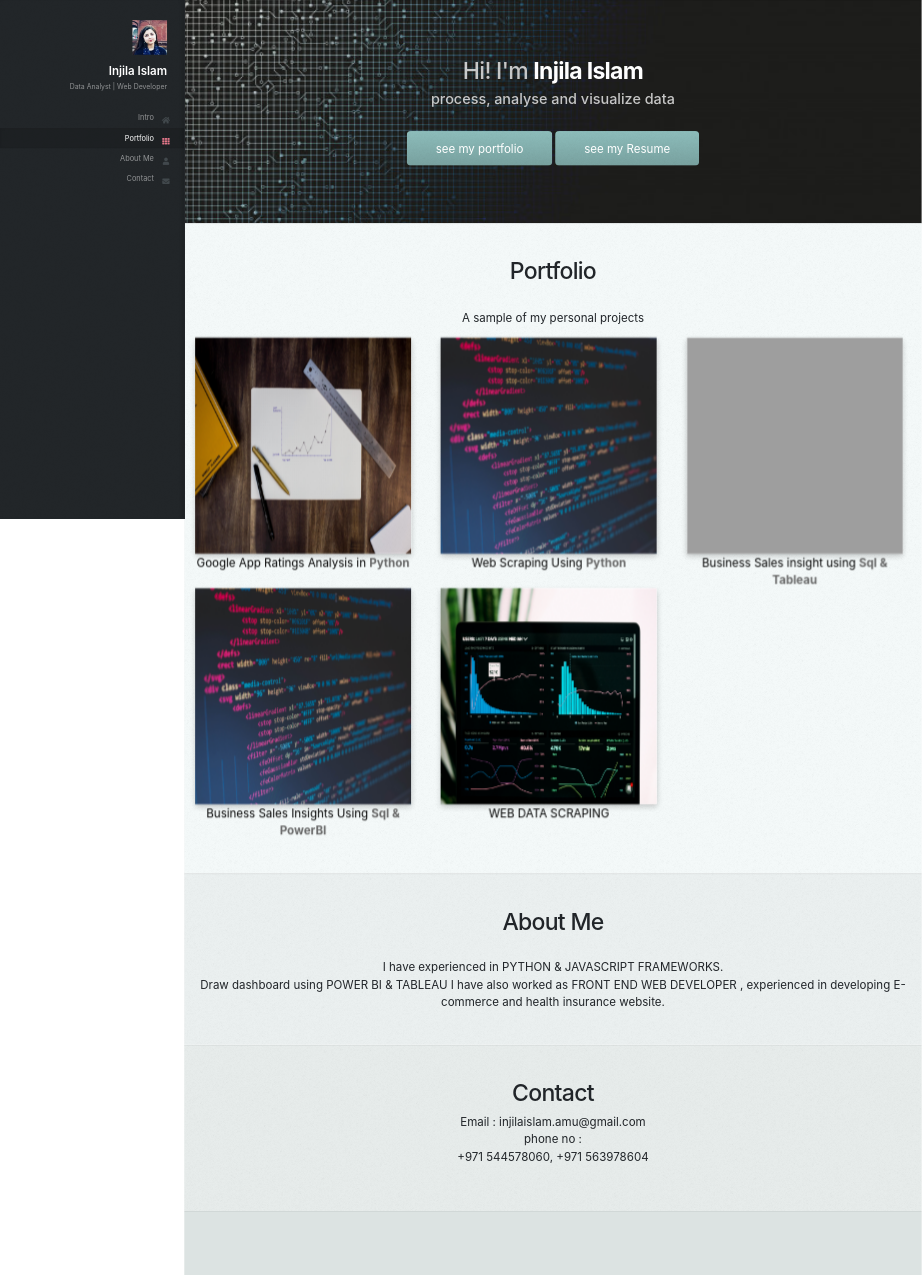
Repository: IslamInjila/new_portfolio
Page: index.html
These files come from the project's save history. The page is drawn as it stood at one moment and after the next save; the edit follows.
The browser window is 1280 px wide. The pictures show the whole page, at 72% of full size.
Pictures or frames that could not be fetched are drawn as grey boxes. Some web libraries are served in a nearby version.

Above is the page before, as saved 2021-06-03 00:12:01.
Console error: TypeError: Cannot read properties of undefined (reading 'fn')

After the next save:
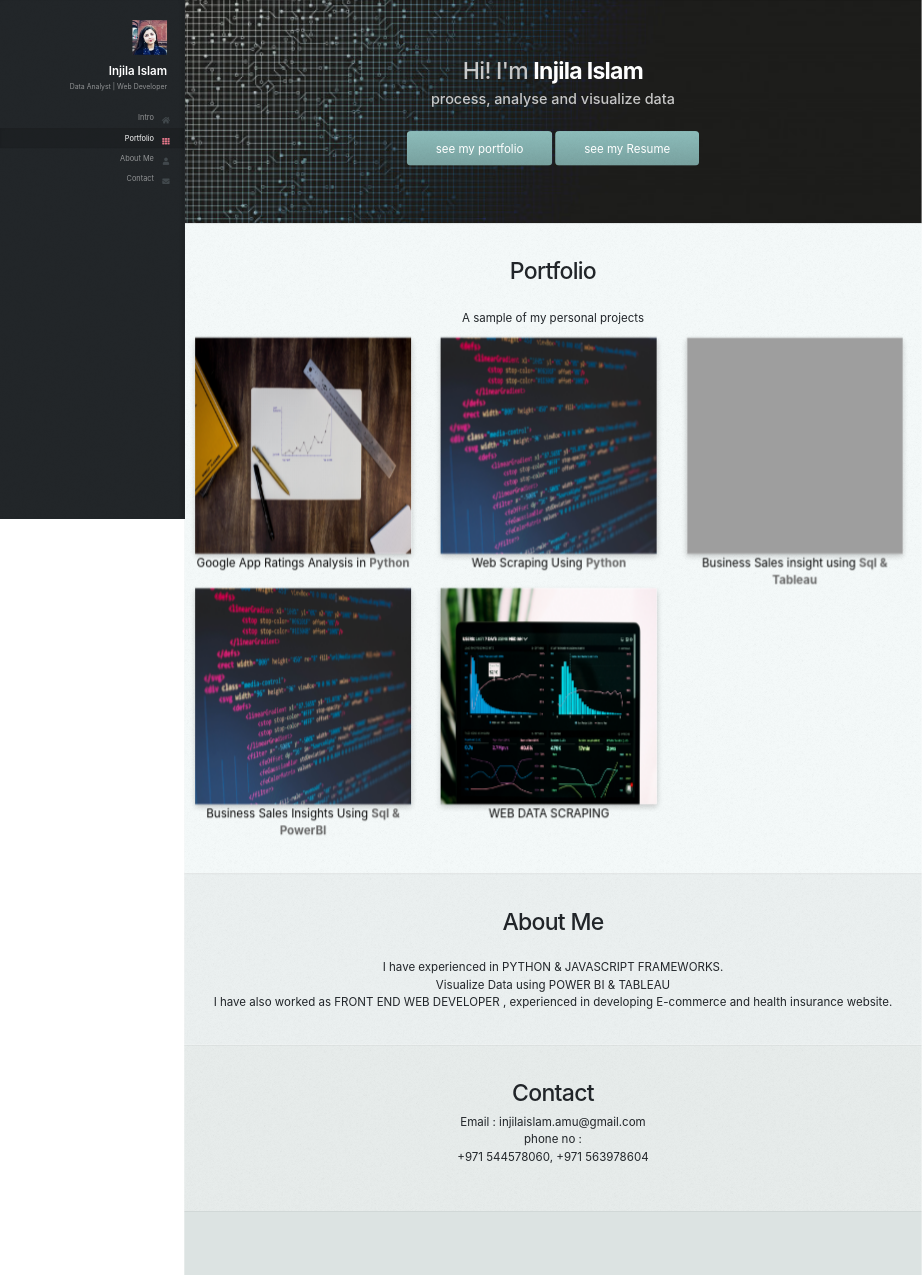
Saved 60 s later.
--- a/index.html
+++ b/index.html
@@ -258,7 +258,7 @@
 							<!-- <p>I am a Professional from Computer Science & Engineering background.<br> -->
 
                                 I have experienced in PYTHON & JAVASCRIPT FRAMEWORKS.<br>
-							    Draw dashboard using POWER BI & TABLEAU
+							    Visualize Data using POWER BI & TABLEAU <br>
 
 								I have also worked as FRONT END WEB DEVELOPER , experienced in developing E-commerce and health insurance website.
 
